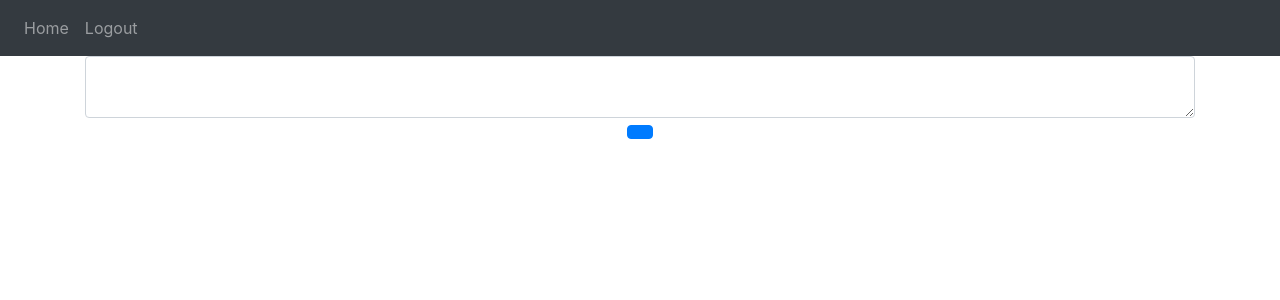
Repository: seafgomaa/userdashboard-flask
Page: http://localhost/
The author's editor kept a copy of each file at every save. The page is drawn from the files as they stood at one save, then again after the next save.
The browser window is 1280 px wide. The pictures show the whole page.
Some web libraries are served in a nearby version. The page is served by the project's application, run on Flask 3 (website/__init__.py). The user the application loads for id 1 is signed in. The page reads the database file committed with the project.

Above is the page before, as saved 2022-08-20 16:36:06.

After the next save:
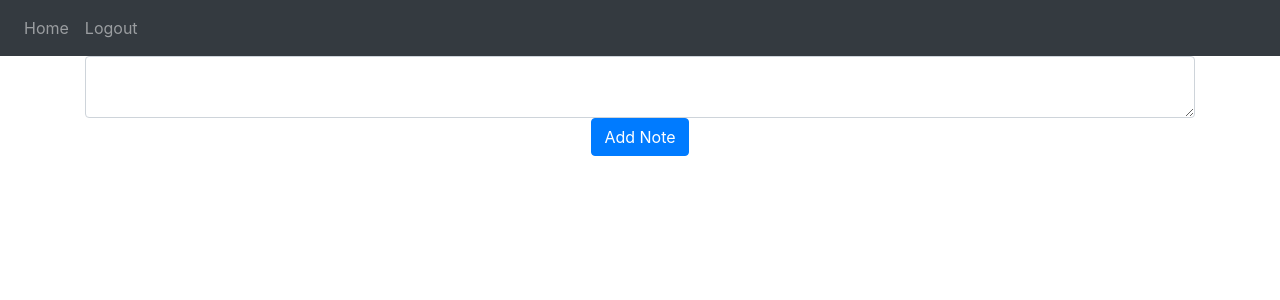
Saved 9 s later.
--- a/website/templates/home.html
+++ b/website/templates/home.html
@@ -4,7 +4,7 @@
     <form method="POST">
         <textarea name="note" id="note" class="form-control"></textarea>
         <div align="center">
-            <button type="center" class="btn btn-primary"></button>
+            <button type="center" class="btn btn-primary">Add Note</button>
         </div>
     </form>
 {% endblock %}
